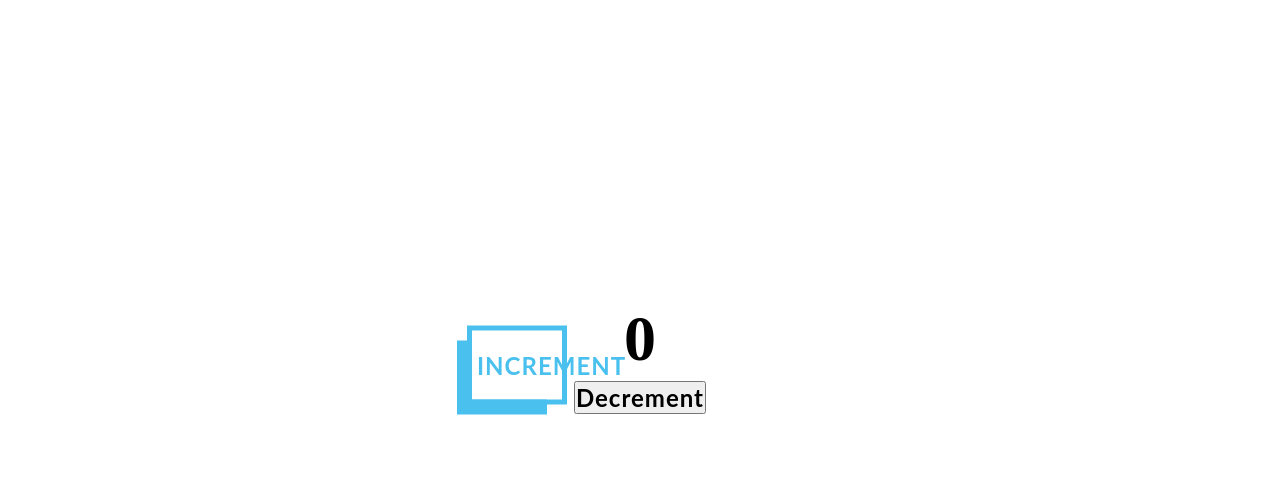
Repository: Ellisvelandia/react_introduction_test
Page: /
The author's editor kept a copy of each file at every save. The page is drawn from the files as they stood at one save, then again after the next save.
The browser window is 1280 px wide. The pictures show the whole page.
The project was rebuilt for these pictures with package versions that can differ from the ones it lists, and the page was loaded fresh each time. Also part of the build but not shown: src/index.css.

Above is the page before, as saved 2022-08-15 20:06:34.

### src/App.js
import "./App.scss";
import React, { useState } from "react";

const App = () => {
  const [num, changeNum] = useState(0);

  const incrementNum = () => {
    changeNum(num + 2);
  };

  const decrementNum = () => {
    if (num - 1 < 0) {
      alert(`you can't decrease than 0`);
    } else {
      changeNum(num - 2);
    }
  };

  return (
    <>
      <div className="container">
        <h1>{num}</h1>
        <button className="button_I" onClick={incrementNum}>Increment</button>
        <button className="button_D" onClick={decrementNum}>Decrement</button>
      </div>
    </>
  );
};

export default App;

### src/App.scss
* {
  margin: 0;
  padding: 0;
  box-sizing: border-box;
}

body {
  width: 100%;
  height: 100vh;
  display: flex;
  justify-content: center;
  align-items: center;
  flex-direction: column;
}

.container {
  align-self: center;
}

h1 {
  text-align: center;
  font-size: 4rem;
}

button {
  font-size: 1.5rem;
  margin: 5px;
  font-family: "Lato", sans-serif;
  font-weight: 300;
  letter-spacing: 1px;
  font-weight: bold;
}


.button_I {
  position: absolute;
  left: 40%;
  top: 50%;
  transform: translateX(-50%) translateY(-50%);

  background: #fff;
  max-width: 100px;
  padding: 20px 5px;

  border: 5px solid #4ac0ee;
  color: #4ac0ee;
  font-weight: bold;
  text-transform: uppercase;
  text-align: center;

  z-index: 2;
  transition: all 0.15s 0.15s ease-out;

  &:after,
  &:before {
    position: absolute;
    width: 100%;
    max-width: 100%;
    top: 100%;
    left: 0;
    bottom: -10px;
    content: "";
    z-index: 1;
    transition: all 0.15s 0.15s ease-out;
  }

  &:before {
    background: #4ac0ee;
    top: 10px;
    left: -15px;
    height: 100%;
    width: 15px;
  }

  &:after {
    width: 100%;
    background: #4ac0ee;
    right: 0px;
    left: -15px;
    height: 15px;
  }

  &:hover {
    background: #4ac0ee;
    color: #fff;
    margin-left: -7.5px;
    margin-bottom: -7.5px;

    &:after,
    &:before {
      top: 100%;
      left: 0;
      bottom: 0px;
    }

    &:before {
      top: 0px;
      left: 0px;
      width: 0px;
    }

    &:after {
      right: 0px;
      left: 0px;
      height: 0px;
    }
  }
}

Loaded but not shown: public/index.html (common file); src/index.js (common file); src/reportWebVitals.js (common file)

After the next save:
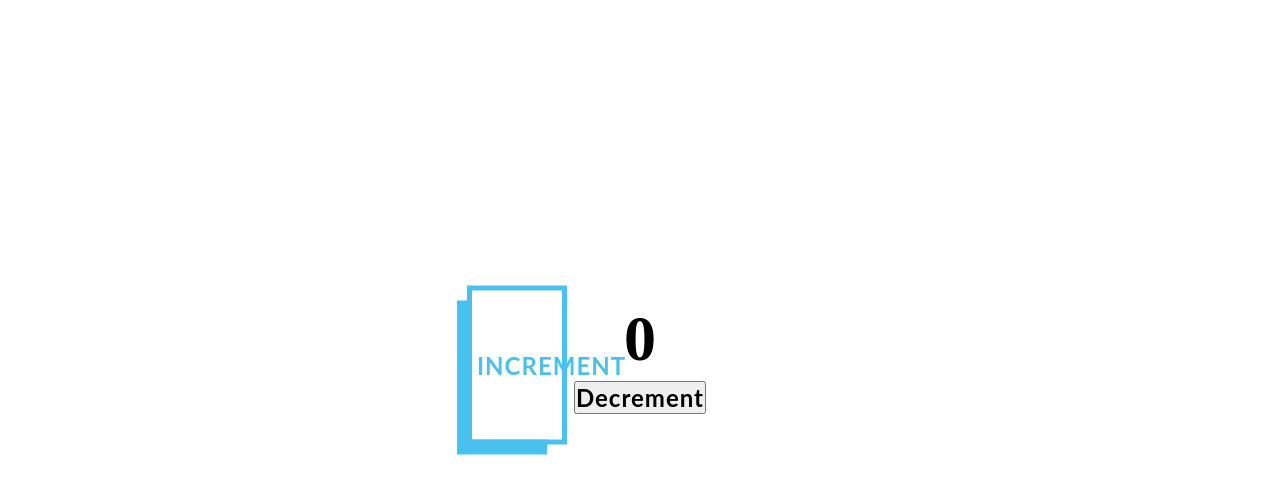
Saved 15 s later.
--- a/src/App.scss
+++ b/src/App.scss
@@ -40,7 +40,7 @@ button {
 
   background: #fff;
   max-width: 100px;
-  padding: 20px 5px;
+  padding: 60px 5px;
 
   border: 5px solid #4ac0ee;
   color: #4ac0ee;
